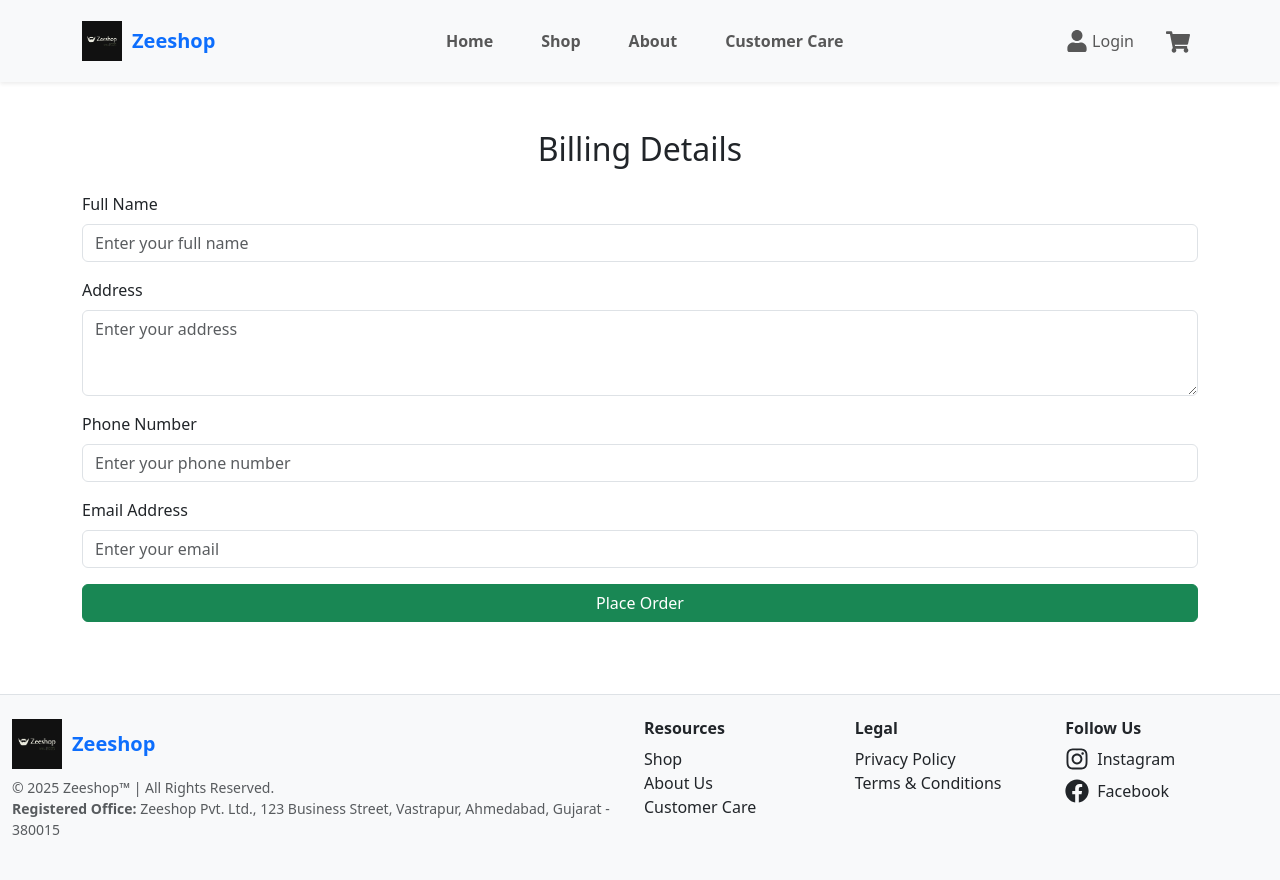
Repository: zeel2306/React-Projects
Page: /billing (app in shop/)
An editor plug-in stored every save of this project. The page is shown before and after the next save, followed by the edit.
The browser window is 1280 px wide. The pictures show the whole page.
The project was rebuilt for these pictures with package versions that can differ from the ones it lists, and the page was loaded fresh each time. Also part of the build but not shown: shop/src/index.css, shop/src/Components/Login.jsx, shop/src/Components/Slider.jsx, shop/src/Components/Product.jsx, shop/src/Components/About.jsx, shop/src/Components/Customercare.jsx, shop/src/Components/ProductDetail.jsx, shop/src/Components/PrivacyPolicy.jsx and 9 more.

Above is the page before, as saved 2025-08-06 15:26:13.

### shop/src/App.js
// src/App.js
import Footer from './Components/Footer';
import Login from './Components/Login';
import Navbar from './Components/Navbar';
import Slider from './Components/Slider';
import Product from './Components/Product';
import About from './Components/About';
import CustomerCare from './Components/Customercare';
import ProductDetails from './Components/ProductDetail';
import PrivacyPolicy from './Components/PrivacyPolicy';
import TermsAndConditions from './Components/TermsAndConditions';
import StatsSection from "./Components/StatsSection";
import Testimonials from "./Components/Testimonials";
import Cart from './Components/Cart';
import WelcomePopup from "./Components/WelcomePopup";
import Features from './Components/Features';
import Billing from "./Components/Billing";
import AdminDashboard from "./Components/AdminDashboard";
import AdminLogin from "./Components/AdminLogin";
import { AuthProvider } from './Components/AuthContext';
import { CartProvider } from './Components/CartContext';
import { AdminAuthProvider } from './Components/AdminAuthContext';
import { BrowserRouter as Router, Routes, Route } from "react-router-dom";
import BrandSlider from './Components/BrandSlider';

function App() {
  return (
    <AdminAuthProvider>
      <AuthProvider>
        <CartProvider>
          <Router>
            <div className="App d-flex flex-column min-vh-100">
              <Navbar />
              <main className="flex-grow-1 mb-4">
                <Routes>
                  <Route
                    path="/"
                    element={
                      <>
                        <WelcomePopup />
                        <Slider />
                        <StatsSection />
                        <Product />
                        <Features />
                        <Testimonials />
                        <BrandSlider />
                      </>
                    }
                  />
                  <Route path="/shop" element={<Product />} />
                  <Route path="/login" element={<Login />} />
                  <Route path="/cart" element={<Cart />} />
                  <Route path="/about" element={<About />} />
                  <Route path="/customer-care" element={<CustomerCare />} />
                  <Route path="/privacy" element={<PrivacyPolicy />} />
                  <Route path="/product/:id" element={<ProductDetails />} />
                  <Route path="/billing" element={<Billing />} />
                  <Route path="/terms-and-conditions" element={<TermsAndConditions />} />

                  {/* Admin Routes */}
                  <Route path="/admin-login" element={<AdminLogin />} />
                  <Route path="/admin" element={<AdminDashboard />} />
                </Routes>
              </main>
              <Footer />
            </div>
          </Router>
        </CartProvider>
      </AuthProvider>
    </AdminAuthProvider>
  );
}

export default App;

### shop/src/Components/Footer.jsx
import React from "react";
import { Container, Row, Col } from "react-bootstrap";
import { FaFacebook, FaInstagram } from "react-icons/fa";

export default function AppFooter() {
  return (
    <footer className="bg-light text-dark py-4 border-top">
      <Container fluid>
        <Row className="align-items-start gx-2">
          {/* Brand + Address (Wider Column) */}
          <Col md={6} className="mb-3">
            <div className="d-flex align-items-center mb-2">
              <img
                src="/zeeshop-logo.png"
                alt="Zeeshop Logo"
                style={{ height: "50px", width: "50px", marginRight: "10px" }}
              />
              <h5 className="fw-bold text-primary m-0">Zeeshop</h5>
            </div>
            <p className="text-muted small m-0">
              © 2025 Zeeshop™ | All Rights Reserved.
            </p>
            <p className="text-muted small m-0">
              <strong>Registered Office:</strong> Zeeshop Pvt. Ltd., 123 Business Street, Vastrapur, Ahmedabad, Gujarat - 380015
            </p>
          </Col>

          {/* Resources */}
          <Col md={2} className="mb-3">
            <h6 className="fw-bold">Resources</h6>
            <ul className="list-unstyled m-0">
              <li><a href="/" className="text-dark text-decoration-none">Shop</a></li>
              <li><a href="/about" className="text-dark text-decoration-none">About Us</a></li>
              <li><a href="/customer-care" className="text-dark text-decoration-none">Customer Care</a></li>
            </ul>
          </Col>

          {/* Legal */}
          <Col md={2} className="mb-3">
            <h6 className="fw-bold">Legal</h6>
            <ul className="list-unstyled m-0">
              <li><a href="/privacy" className="text-dark text-decoration-none">Privacy Policy</a></li>
              <li><a href="/terms-and-conditions" className="text-dark text-decoration-none">Terms & Conditions</a></li>
            </ul>
          </Col>

          {/* Follow Us */}
          <Col md={2} className="mb-3">
            <h6 className="fw-bold">Follow Us</h6>
            <ul className="list-unstyled m-0">
              <li className="mb-2">
                <a href="https://instagram.com" className="text-dark text-decoration-none d-flex align-items-center">
                  <FaInstagram className="me-2 fs-4" /> <span>Instagram</span>
                </a>
              </li>
              <li>
                <a href="https://facebook.com" className="text-dark text-decoration-none d-flex align-items-center">
                  <FaFacebook className="me-2 fs-4" /> <span>Facebook</span>
                </a>
              </li>
            </ul>
          </Col>


        </Row>
      </Container>
    </footer>
  );
}

### shop/src/Components/Navbar.jsx
import React, { useContext } from "react";
import { Navbar, Nav, Container, Badge } from "react-bootstrap";
import { FaShoppingCart, FaUser } from "react-icons/fa";
import { Link, NavLink, useNavigate } from "react-router-dom";
import { CartContext } from "./CartContext";
import { AuthContext } from "./AuthContext";

export default function AppNavbar() {
  const { cartItems } = useContext(CartContext);
  const { isLoggedIn, user, logout } = useContext(AuthContext);
  const navigate = useNavigate();

  const handleLogout = () => {
    logout();
    navigate("/");
  };

  return (
    <Navbar bg="light" expand="lg" className="shadow-sm py-3">
      <Container>
        {/* Logo (Left) */}
        <Navbar.Brand
          as={Link}
          to="/"
          className="fw-bold text-primary d-flex align-items-center"
        >
          <img
            src="/zeeshop-logo.png"
            alt="Zeeshop Logo"
            style={{ height: "40px", width: "40px", marginRight: "10px" }}
          />
          Zeeshop
        </Navbar.Brand>

        <Navbar.Toggle aria-controls="navbar-nav" />
        <Navbar.Collapse id="navbar-nav">
          <div className="d-flex justify-content-between w-100 align-items-center">
            {/* Center: Nav Links */}
            <Nav className="mx-auto">
              <Nav.Link as={NavLink} to="/" className="mx-3 fw-semibold">
                Home
              </Nav.Link>
              <Nav.Link as={NavLink} to="/shop" className="mx-3 fw-semibold">
                Shop
              </Nav.Link>
              <Nav.Link as={NavLink} to="/about" className="mx-3 fw-semibold">
                About
              </Nav.Link>
              <Nav.Link as={NavLink} to="/customer-care" className="mx-3 fw-semibold">
                Customer Care
              </Nav.Link>
            </Nav>

            {/* Right: User & Cart */}
            <Nav className="d-flex align-items-center">
              {!isLoggedIn ? (
                <Nav.Link
                  as={NavLink}
                  to="/login"
                  className="me-3 d-flex align-items-center"
                >
                  <FaUser size={22} className="me-1" /> Login
                </Nav.Link>
              ) : (
                <>
                  <Nav.Link
                    disabled
                    className="me-3 d-flex align-items-center text-success fw-semibold"
                  >
                    <FaUser size={22} className="me-1" /> Welcome, {user?.name || "User"}
                  </Nav.Link>
                  <Nav.Link
                    onClick={handleLogout}
                    className="me-3 fw-semibold text-danger"
                  >
                    Logout
                  </Nav.Link>
                </>
              )}

              <Nav.Link as={NavLink} to="/cart" className="position-relative">
                <FaShoppingCart size={24} />
                {cartItems.length > 0 && (
                  <Badge
                    bg="danger"
                    pill
                    className="position-absolute top-0 start-100 translate-middle"
                  >
                    {cartItems.length}
                  </Badge>
                )}
              </Nav.Link>
            </Nav>
          </div>
        </Navbar.Collapse>
      </Container>
    </Navbar>
  );
}

### shop/src/Components/Billing.jsx
// src/Components/Billing.jsx
import React, { useContext, useState } from "react";
import { Container, Form, Button, Alert } from "react-bootstrap";
import { CartContext } from "./CartContext";
import { useNavigate } from "react-router-dom";

export default function Billing() {
  const { cartItems, clearCart } = useContext(CartContext);
  const navigate = useNavigate();

  const [formData, setFormData] = useState({
    name: "",
    address: "",
    phone: "",
    email: "",
  });
  const [orderPlaced, setOrderPlaced] = useState(false);

  const handleChange = (e) => {
    setFormData({ ...formData, [e.target.name]: e.target.value });
  };

  const handlePlaceOrder = (e) => {
    e.preventDefault();

    // Validation
    if (!formData.name || !formData.address || !formData.phone || !formData.email) {
      alert("Please fill all fields before placing the order.");
      return;
    }

    if (cartItems.length === 0) {
      alert("Your cart is empty!");
      navigate("/cart");
      return;
    }

    // Simulate order placement (you could send data to a backend here)
    setOrderPlaced(true);

    // Clear the cart
    clearCart();

    // Redirect to Thank You page after 2 seconds
    setTimeout(() => navigate("/"), 2000);
  };

  return (
    <Container className="py-5">
      <h2 className="mb-4 text-center">Billing Details</h2>
      {orderPlaced && <Alert variant="success">Order placed successfully!</Alert>}
      <Form onSubmit={handlePlaceOrder}>
        <Form.Group className="mb-3">
          <Form.Label>Full Name</Form.Label>
          <Form.Control
            type="text"
            name="name"
            placeholder="Enter your full name"
            value={formData.name}
            onChange={handleChange}
          />
        </Form.Group>

        <Form.Group className="mb-3">
          <Form.Label>Address</Form.Label>
          <Form.Control
            as="textarea"
            rows={3}
            name="address"
            placeholder="Enter your address"
            value={formData.address}
            onChange={handleChange}
          />
        </Form.Group>

        <Form.Group className="mb-3">
          <Form.Label>Phone Number</Form.Label>
          <Form.Control
            type="text"
            name="phone"
            placeholder="Enter your phone number"
            value={formData.phone}
            onChange={handleChange}
          />
        </Form.Group>

        <Form.Group className="mb-3">
          <Form.Label>Email Address</Form.Label>
          <Form.Control
            type="email"
            name="email"
            placeholder="Enter your email"
            value={formData.email}
            onChange={handleChange}
          />
        </Form.Group>

        <Button variant="success" type="submit" className="w-100">
          Place Order
        </Button>
      </Form>
    </Container>
  );
}

### shop/src/Components/AuthContext.jsx
// src/Components/AuthContext.jsx
import React, { createContext, useState, useEffect } from "react";

export const AuthContext = createContext();

export function AuthProvider({ children }) {
  const [isLoggedIn, setIsLoggedIn] = useState(false);
  const [user, setUser] = useState(null); // <-- store user info

  useEffect(() => {
    const storedLogin = localStorage.getItem("isLoggedIn");
    const storedUser = localStorage.getItem("user");
    if (storedLogin === "true") {
      setIsLoggedIn(true);
      if (storedUser) setUser(JSON.parse(storedUser));
    }
  }, []);

  useEffect(() => {
    localStorage.setItem("isLoggedIn", isLoggedIn);
    if (user) {
      localStorage.setItem("user", JSON.stringify(user));
    } else {
      localStorage.removeItem("user");
    }
  }, [isLoggedIn, user]);

  const login = (userData) => {
    setIsLoggedIn(true);
    setUser(userData);
  };

  const logout = () => {
    setIsLoggedIn(false);
    setUser(null);
    localStorage.removeItem("isLoggedIn");
    localStorage.removeItem("user");
  };

  return (
    <AuthContext.Provider value={{ isLoggedIn, user, setIsLoggedIn, login, logout }}>
      {children}
    </AuthContext.Provider>
  );
}

### shop/src/Components/CartContext.jsx
// src/Components/CartContext.jsx
import React, { createContext, useState, useEffect } from "react";

export const CartContext = createContext();

export function CartProvider({ children }) {
  // Initialize cart items from localStorage if available
  const [cartItems, setCartItems] = useState(() => {
    const savedItems = localStorage.getItem('cartItems');
    return savedItems ? JSON.parse(savedItems) : [];
  });

  // Save to localStorage whenever cart changes
  useEffect(() => {
    localStorage.setItem('cartItems', JSON.stringify(cartItems));
  }, [cartItems]);

  const addToCart = (product) => {
    setCartItems((prev) => {
      const exists = prev.find((item) => item.id === product.id);
      if (exists) {
        return prev.map((item) =>
          item.id === product.id ? { ...item, qty: (item.qty || 1) + 1 } : item
        );
      }
      return [...prev, { ...product, qty: 1 }];
    });
  };

  const removeFromCart = (id) => {
    setCartItems((prev) => prev.filter((item) => item.id !== id));
  };

  const updateQuantity = (id, quantity) => {
    setCartItems((prev) =>
      prev.map((item) =>
        item.id === id ? { ...item, qty: Math.max(1, quantity) } : item
      )
    );
  };

  const clearCart = () => {
    setCartItems([]);
  };

  return (
    <CartContext.Provider value={{
      cartItems,
      addToCart,
      removeFromCart,
      updateQuantity,
      clearCart
    }}>
      {children}
    </CartContext.Provider>
  );
}

### shop/src/Components/AdminAuthContext.jsx
// src/Components/AdminAuthContext.jsx
import React, { createContext, useState, useEffect } from "react";

export const AdminAuthContext = createContext();

export function AdminAuthProvider({ children }) {
  const [isAdminLoggedIn, setIsAdminLoggedIn] = useState(false);

  useEffect(() => {
    const stored = localStorage.getItem("isAdminLoggedIn");
    if (stored === "true") setIsAdminLoggedIn(true);
  }, []);

  const adminLogin = (username, password) => {
    // Simple hardcoded login (can replace with API later)
    if (username === "admin" && password === "admin123") {
      setIsAdminLoggedIn(true);
      localStorage.setItem("isAdminLoggedIn", "true");
      return true;
    }
    return false;
  };

  const adminLogout = () => {
    setIsAdminLoggedIn(false);
    localStorage.removeItem("isAdminLoggedIn");
  };

  return (
    <AdminAuthContext.Provider value={{ isAdminLoggedIn, adminLogin, adminLogout }}>
      {children}
    </AdminAuthContext.Provider>
  );
}

Loaded but not shown: shop/public/index.html (common file); shop/src/index.js (common file); shop/src/reportWebVitals.js (common file)

After the next save:
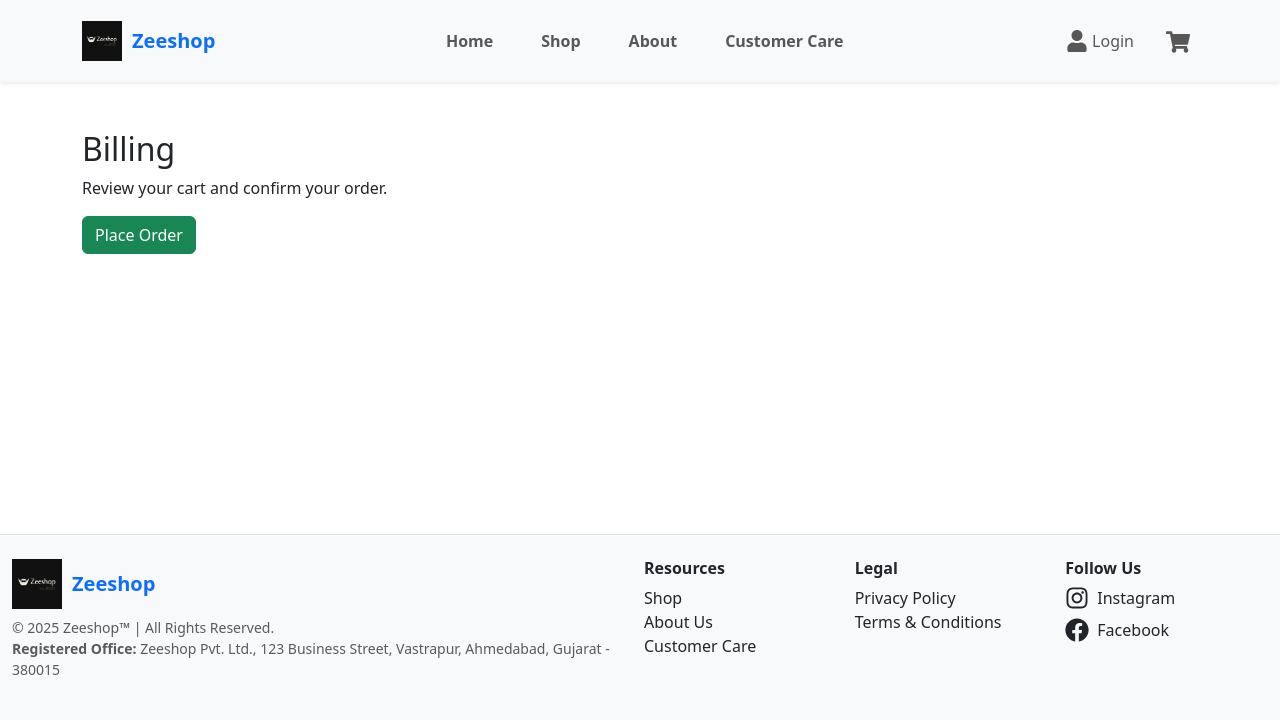
Saved 4 min 15 s later.
--- a/shop/src/Components/Billing.jsx
+++ b/shop/src/Components/Billing.jsx
@@ -1,6 +1,6 @@
 // src/Components/Billing.jsx
-import React, { useContext, useState } from "react";
-import { Container, Form, Button, Alert } from "react-bootstrap";
+import React, { useContext } from "react";
+import { Container, Button } from "react-bootstrap";
 import { CartContext } from "./CartContext";
 import { useNavigate } from "react-router-dom";
 
@@ -8,97 +8,38 @@ export default function Billing() {
   const { cartItems, clearCart } = useContext(CartContext);
   const navigate = useNavigate();
 
-  const [formData, setFormData] = useState({
-    name: "",
-    address: "",
-    phone: "",
-    email: "",
-  });
-  const [orderPlaced, setOrderPlaced] = useState(false);
-
-  const handleChange = (e) => {
-    setFormData({ ...formData, [e.target.name]: e.target.value });
-  };
-
-  const handlePlaceOrder = (e) => {
-    e.preventDefault();
-
-    // Validation
-    if (!formData.name || !formData.address || !formData.phone || !formData.email) {
-      alert("Please fill all fields before placing the order.");
+  const handlePlaceOrder = () => {
+    if (cartItems.length === 0) {
+      alert("Your cart is empty!");
       return;
     }
 
-    if (cartItems.length === 0) {
-      alert("Your cart is empty!");
-      navigate("/cart");
-      return;
-    }
+    // Get existing orders or empty array
+    const existingOrders = JSON.parse(localStorage.getItem("orders")) || [];
 
-    // Simulate order placement (you could send data to a backend here)
-    setOrderPlaced(true);
+    // Create new order
+    const newOrder = {
+      id: Date.now(),
+      items: cartItems,
+      date: new Date().toLocaleString(),
+      status: "Pending"
+    };
 
-    // Clear the cart
+    // Save to localStorage
+    localStorage.setItem("orders", JSON.stringify([...existingOrders, newOrder]));
+
     clearCart();
-
-    // Redirect to Thank You page after 2 seconds
-    setTimeout(() => navigate("/"), 2000);
+    alert("Order placed successfully!");
+    navigate("/");
   };
 
   return (
     <Container className="py-5">
-      <h2 className="mb-4 text-center">Billing Details</h2>
-      {orderPlaced && <Alert variant="success">Order placed successfully!</Alert>}
-      <Form onSubmit={handlePlaceOrder}>
-        <Form.Group className="mb-3">
-          <Form.Label>Full Name</Form.Label>
-          <Form.Control
-            type="text"
-            name="name"
-            placeholder="Enter your full name"
-            value={formData.name}
-            onChange={handleChange}
-          />
-        </Form.Group>
-
-        <Form.Group className="mb-3">
-          <Form.Label>Address</Form.Label>
-          <Form.Control
-            as="textarea"
-            rows={3}
-            name="address"
-            placeholder="Enter your address"
-            value={formData.address}
-            onChange={handleChange}
-          />
-        </Form.Group>
-
-        <Form.Group className="mb-3">
-          <Form.Label>Phone Number</Form.Label>
-          <Form.Control
-            type="text"
-            name="phone"
-            placeholder="Enter your phone number"
-            value={formData.phone}
-            onChange={handleChange}
-          />
-        </Form.Group>
-
-        <Form.Group className="mb-3">
-          <Form.Label>Email Address</Form.Label>
-          <Form.Control
-            type="email"
-            name="email"
-            placeholder="Enter your email"
-            value={formData.email}
-            onChange={handleChange}
-          />
-        </Form.Group>
-
-        <Button variant="success" type="submit" className="w-100">
-          Place Order
-        </Button>
-      </Form>
+      <h2>Billing</h2>
+      <p>Review your cart and confirm your order.</p>
+      <Button variant="success" onClick={handlePlaceOrder}>
+        Place Order
+      </Button>
     </Container>
   );
 }
